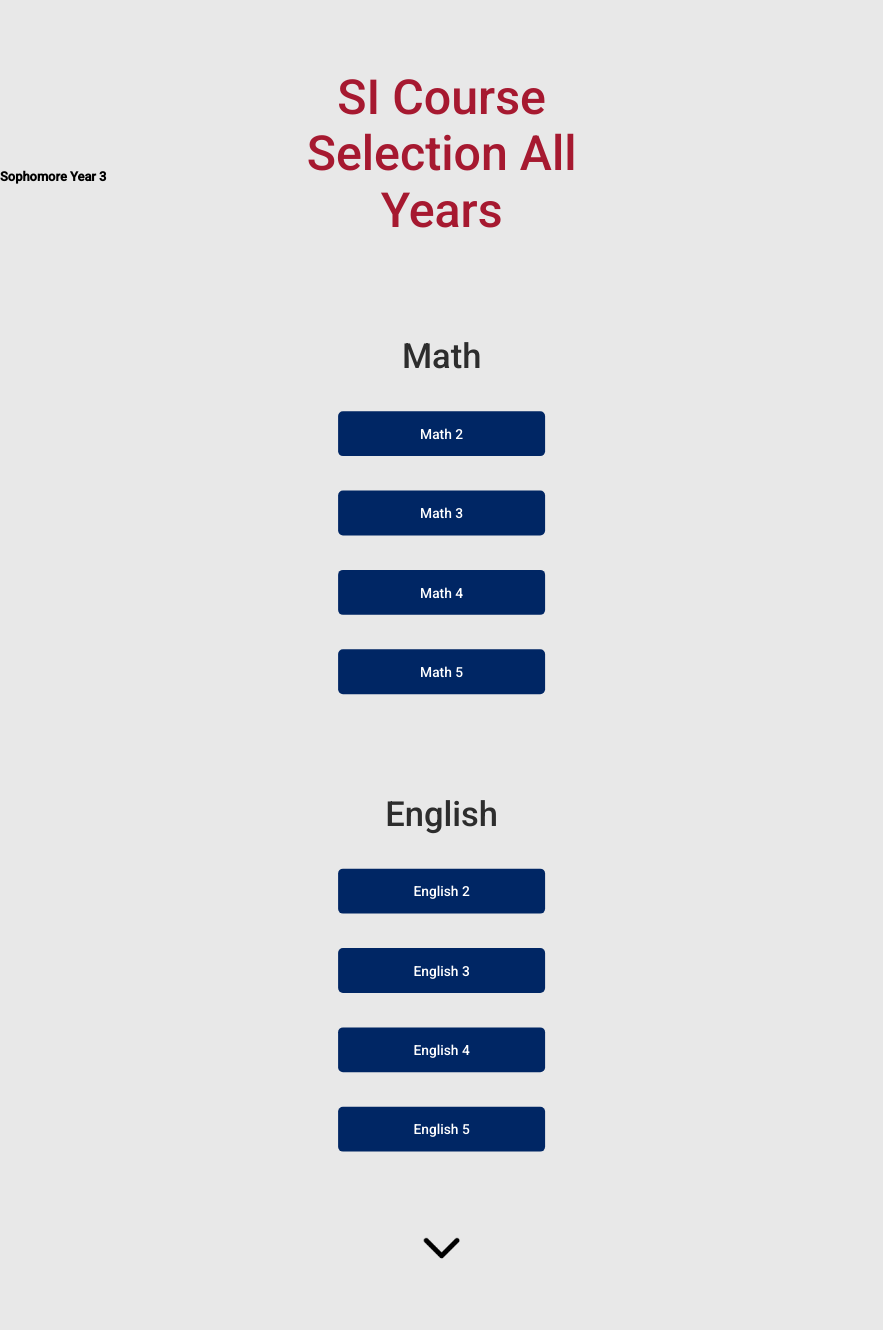
Repository: BuddyBob/si_course_selection
Page: /#/yearThree
An editor plug-in stored every save of this project. The page is shown before and after the next save, followed by the edit.
The browser window is 1280 px wide. The pictures show the whole page, at 69% of full size.
The project was rebuilt for these pictures with package versions that can differ from the ones it lists, and the page was loaded fresh each time. Also part of the build but not shown: src/components/CurrentYear.js, src/getLocalStorage.js, src/Home.js, src/components/AllYears/YearFour.js, src/components/AllYears/YearOne.js, src/components/AllYears/YearTwo.js.

Above is the page before, as saved 2023-01-03 20:07:54.

### public/index.html
<!DOCTYPE html>
<html lang="en">
  <head>
    <meta charset="utf-8" />
    <link rel="icon" href="%PUBLIC_URL%/favicon.ico" />
    <meta name="viewport" content="width=device-width, initial-scale=1" />
    <meta name="theme-color" content="#000000" />
    <meta
      name="description"
      content="Web site created using create-react-app"
    />
    <link rel="apple-touch-icon" href="%PUBLIC_URL%/logo192.png" />
    <link rel="manifest" href="%PUBLIC_URL%/manifest.json" />

    <link rel="preconnect" href="https://fonts.googleapis.com">
    <link rel="preconnect" href="https://fonts.gstatic.com" crossorigin>
    <link href="https://fonts.googleapis.com/css2?family=Open+Sans:wght@300;400&family=Roboto:wght@500&display=swap" rel="stylesheet">
    <title>React App</title>
  </head>
  <body>
    <noscript>You need to enable JavaScript to run this app.</noscript>
    <div id="root"></div>

  </body>
</html>

### src/index.js
import App from './App';
import React from 'react';
import ReactDOM from 'react-dom';
import { HashRouter as Router } from 'react-router-dom';

ReactDOM.render(<Router>< App /></Router>, document.getElementById("root"));

### src/App.js
import './index.css'

import {
    Route,
    Routes,
} from "react-router-dom";

import CurrentYear from "./components/CurrentYear";
import Home from "./Home";
import YearFour from "./components/AllYears/YearFour";
import YearOne from "./components/AllYears/YearOne";
import YearThree from "./components/AllYears/YearThree";
import YearTwo from "./components/AllYears/YearTwo";

export default function App() {
    return (
          <Routes>
            <Route  exact path='/' element={<Home/>} />
            <Route  exact path='/currentYear' element={<CurrentYear/>} />
            <Route  exact path='/yearOne' element={<YearOne/>} />
            <Route  exact path='/yearTwo' element={<YearTwo/>} />
            <Route  exact path='/yearThree' element={<YearThree/>} />
            <Route  exact path='/yearFour' element={<YearFour/>} />
          </Routes>
    );
  }

### src/index.css
:root {
  --background:#e8e8e8;
  --main:#002664;
  --secondary:#A61930;
  --highlight:#2D2D2D;
  --text:#2D2D2D;
}

*{
  padding: 0;
  margin: 0;
  box-sizing: border-box;
  cursor: default;
  font-family: 'Open Sans', sans-serif;
  font-family: 'Roboto', sans-serif;
}

body{
  background: var(--background);
  overflow-x: hidden;
}


.main-container{
/* center */
  display: flex;
  flex-direction: column;
  justify-content: center;
  align-items: center;
  width: 100%;
  height: 100%;
  margin: auto;
}

.sub-container{
  display: flex;
  flex-direction: row;
}



.title{
  font-style: normal;
  font-size: 90px;
  color: var(--secondary);
  font-weight: 500px;
  /* center text to page; */
  margin: auto;
  width: 50%;
  text-align: center;
  position: relative;
  top: 100px;


}

@media screen and (max-width: 1150px) {
  .sub-container{
    flex-direction: column;
  }
  .title{
    font-size: 60px;
    width: 80%;
    text-align: center;
  }

}

select {
  border: #002664 1px solid;
  border-radius: 7px;
  background: #002664;
  width: 300px;
  height: 80px;/*Width of select dropdown to give space for arrow image*/
  color: #FFF;
  text-align: center;
  font-size: 25px;
  font-weight: 20px;
  margin: 50px;

}


.pg1dd{
  display: flex;
  flex-direction: column;
  justify-content: center;
  align-items: center;
  width: 100%;
  height: 100%;
  margin: auto;
  position: relative;
  top: 200px;

}



.arrow1{

  /* center content */
  display: flex;
  flex-direction: column;
  justify-content: center;
  align-items: center;
  position: relative;
  top: 100px

}


.arrow1:hover{
  animation: arrow1 1s infinite;
  color: var(--secondary);
  cursor: pointer;
}

.bounce {
  animation: bounce 3s infinite;
}

@keyframes bounce {
  0%, 20%, 50%, 80%, 100% {
      -moz-transform: translateY(0);
      -ms-transform: translateY(0);
      -webkit-transform: translateY(0);
      transform: translateY(0);
    }
    40% {
      -moz-transform: translateY(-10px);
      -ms-transform: translateY(-10px);
      -webkit-transform: translateY(-10px);
      transform: translateY(-10px);
    }
    40% {
      -moz-transform: translateY(-30px);
      -ms-transform: translateY(-30px);
      -webkit-transform: translateY(-30px);
      transform: translateY(-30px);
    }
    60% {
      -moz-transform: translateY(-15px);
      -ms-transform: translateY(-15px);
      -webkit-transform: translateY(-15px);
      transform: translateY(-15px);
    }
}

### src/components/AllYears/YearThree.js
import '../courseSelection.css'

import React, {useEffect, useState} from 'react'

import arrow from '../../assets/Arrow 5.png'
import courseData from '../../assets/courses.json'
import { useNavigate } from "react-router-dom";

export default function YearThree() {
  let navigate = useNavigate();
  const [grade, setGrade] = useState(localStorage.getItem('grade'));
  let grades = Object.keys(courseData)
  let nextGrade = grades[Object.keys(courseData).indexOf(grade)+2]
  let subjects = courseData[nextGrade].subjects
  let courses = courseData[nextGrade].classes



function courseSelect(e) {
  let userCourse = e.target.innerHTML
  let userSubject = e.target.value


}

function nextPage() {
    //make sure not a senior
  if (grade !== "Sophomore"){
    navigate("/yearFour");
  }
  else{
    navigate("/ThisIsTheResultsPage");
  }
}

    return (
    <div>
        <div className="Headers">
          <h1 className="titleCourseSelect" >SI Course Selection  All Years </h1>
        </div>
        <h3 className="headerCourseSelect" >{nextGrade} Year 3</h3>


        <div className="courseSelect">
          {subjects.map((subject, index) => (
            <div key={index}>
              <h2 className="subject">{subject}</h2>
              <div className="courses">
              {courses[subject].map((course, index) => (
                <div key={index}>
                    <button value={subject} className="course_btn" onClick={(e) => courseSelect(e)}>{course}</button>
                </div>
              ))}
              </div>
            </div>
          ))}
            <input type="image" src={arrow} alt="arrow2" className="arrow2 bounce2" onClick={() => nextPage()}/>
        </div>

    </div>
  )
}

### src/components/courseSelection.css
:root {
    --background:#e8e8e8;
    --main:#002664;
    --secondary:#A61930;
    --highlight:#2D2D2D;
    --text:#2D2D2D;
  }

.Nav{
  background-color: var(--secondary);
  padding: 30px;
}
.navCourseSelect{
  color: var(--background);
  font-weight: 100px;

}
.titleCourseSelect{
    font-style: normal;
    font-size: 70px;
    font-weight: 400;
    color: var(--secondary);

    /* center text to page; */
    margin: auto;
    width: 40%;
    text-align: center;

    position: relative;
    top: 100px;


}


.courseSelect{
    position: relative;
    top: 200px;
    margin: auto;
    text-align: center;
}
.subject{
    color: var(--text);
    margin: auto;
    text-align: center;
    font-size: 50px;
    font-weight:200;
    padding-top: 20px;

  }

  .courses{
    position: relative;
    margin-bottom: 100px;
    margin-top:25px;

  }

.course_btn{
    border: #002664 0px solid;
    border-radius: 7px;
    background: #002664;
    width: 300px;
    height: 65px;/*Width of select dropdown to give space for arrow image*/
    color: #FFF;
    text-align: center;
    font-size: 20px;
    font-weight: 30px;
    margin: 25px;
}

.course_btn:hover{
    background: var(--secondary);
    color: #FFF;
    cursor: pointer;
}

.course_btn_selected{
  background: #A61930;
  color: #FFF;
  cursor: pointer;
}

.arrow2{
  justify-content: center;
  align-items: center;
  position: relative;
  top: 0px;
  right: 0%;
  margin-bottom:100px;
}


.arrow2:hover{
  animation: arrow1 1s infinite;
  color: var(--secondary);
  cursor: pointer;
}

.bounce2 {
  animation: bounce 3s infinite;
}

@keyframes bounce2 {
  0%, 20%, 50%, 80%, 100% {
      -moz-transform: translateY(0);
      -ms-transform: translateY(0);
      -webkit-transform: translateY(0);
      transform: translateY(0);
    }
    40% {
      -moz-transform: translateY(-10px);
      -ms-transform: translateY(-10px);
      -webkit-transform: translateY(-10px);
      transform: translateY(-10px);
    }
    40% {
      -moz-transform: translateY(-30px);
      -ms-transform: translateY(-30px);
      -webkit-transform: translateY(-30px);
      transform: translateY(-30px);
    }
    60% {
      -moz-transform: translateY(-15px);
      -ms-transform: translateY(-15px);
      -webkit-transform: translateY(-15px);
      transform: translateY(-15px);
    }
}

### src/assets/courses.json
{
    "Freshman":{
        "subjects":[
            "Math",
            "English"
        ]
        ,
        "classes":{
            "Math":[
                "Math 1",
                "Math 2",
                "Math 3",
                "Math 4"
            ],
            "English":[
                "English 1",
                "English 2",
                "English 3",
                "English 4"
            ]

        }
    },
    "Sophomore":{
        "subjects":[
            "Math",
            "English"
        ]
        ,
        "classes":{
            "Math":[
                "Math 2",
                "Math 3",
                "Math 4",
                "Math 5"
            ],
            "English":[
                "English 2",
                "English 3",
                "English 4",
                "English 5"
            ]

        }
    }
    ,
    "Junior":{
        "subjects":[
            "Math",
            "English"
        ]
        ,
        "classes":{
            "Math":[
                "Math 3",
                "Math 4",
                "Math 5",
                "Math 6"
            ],
            "English":[
                "English 3",
                "English 4",
                "English 5",
                "English 6"
            ]

        }
    },
    "Senior":{
        "subjects":[
            "Math",
            "English"
        ]
        ,
        "classes":{
            "Math":[
                "Math 4",
                "Math 5"
            ],
            "English":[
                "English 4",
                "English 5",
                "English 6"
            ]

        }
    }
}

After the next save:
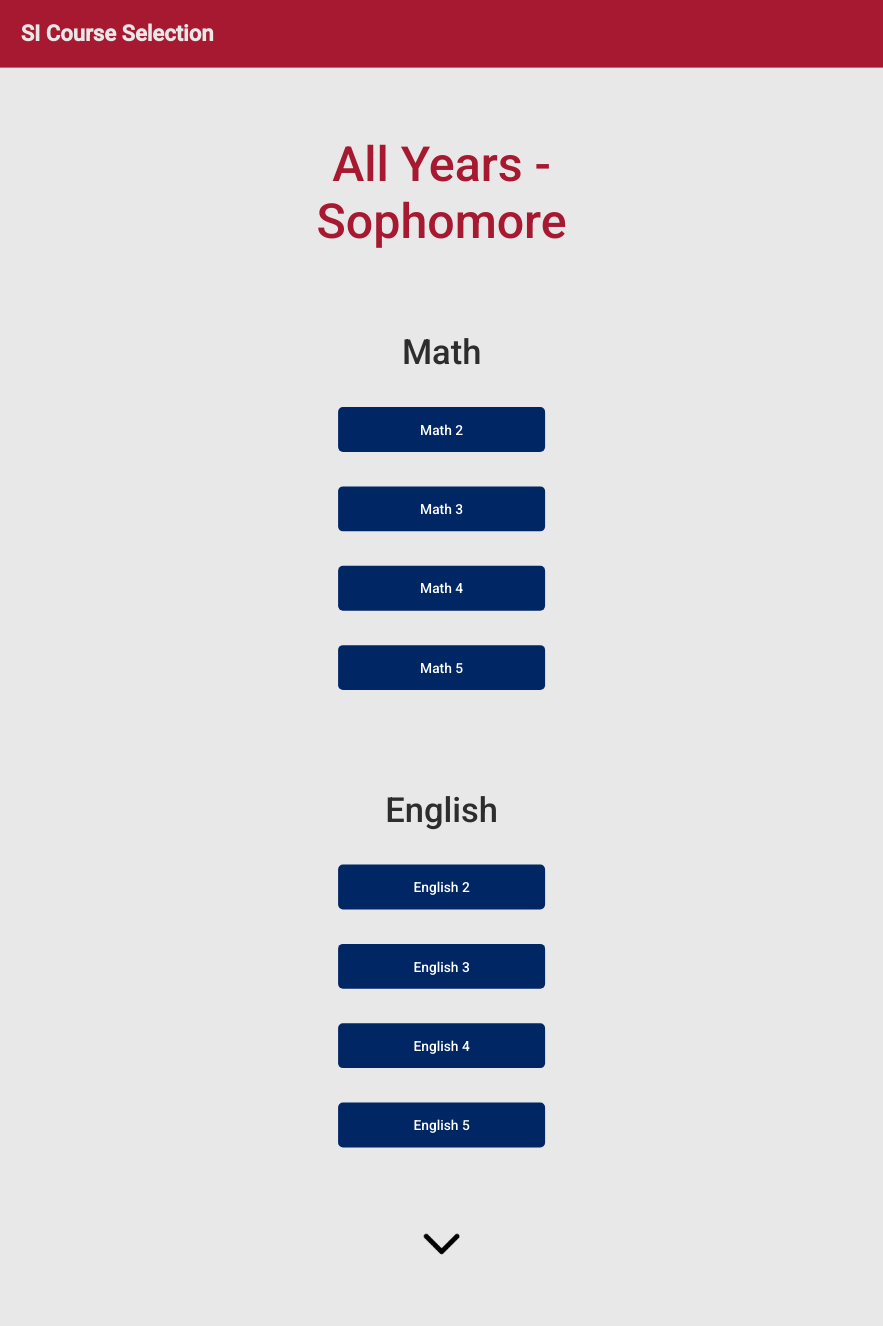
Saved 5 s later.
--- a/src/components/AllYears/YearThree.js
+++ b/src/components/AllYears/YearThree.js
@@ -36,10 +36,11 @@
     return (
     <div>
         <div className="Headers">
-          <h1 className="titleCourseSelect" >SI Course Selection  All Years </h1>
+          <div className="Nav">
+            <h1 className="navCourseSelect" >SI Course Selection</h1>
+          </div>
+          <h1 className="titleCourseSelect" >All Years - {nextGrade} </h1>
         </div>
-        <h3 className="headerCourseSelect" >{nextGrade} Year 3</h3>
-
 
         <div className="courseSelect">
           {subjects.map((subject, index) => (
